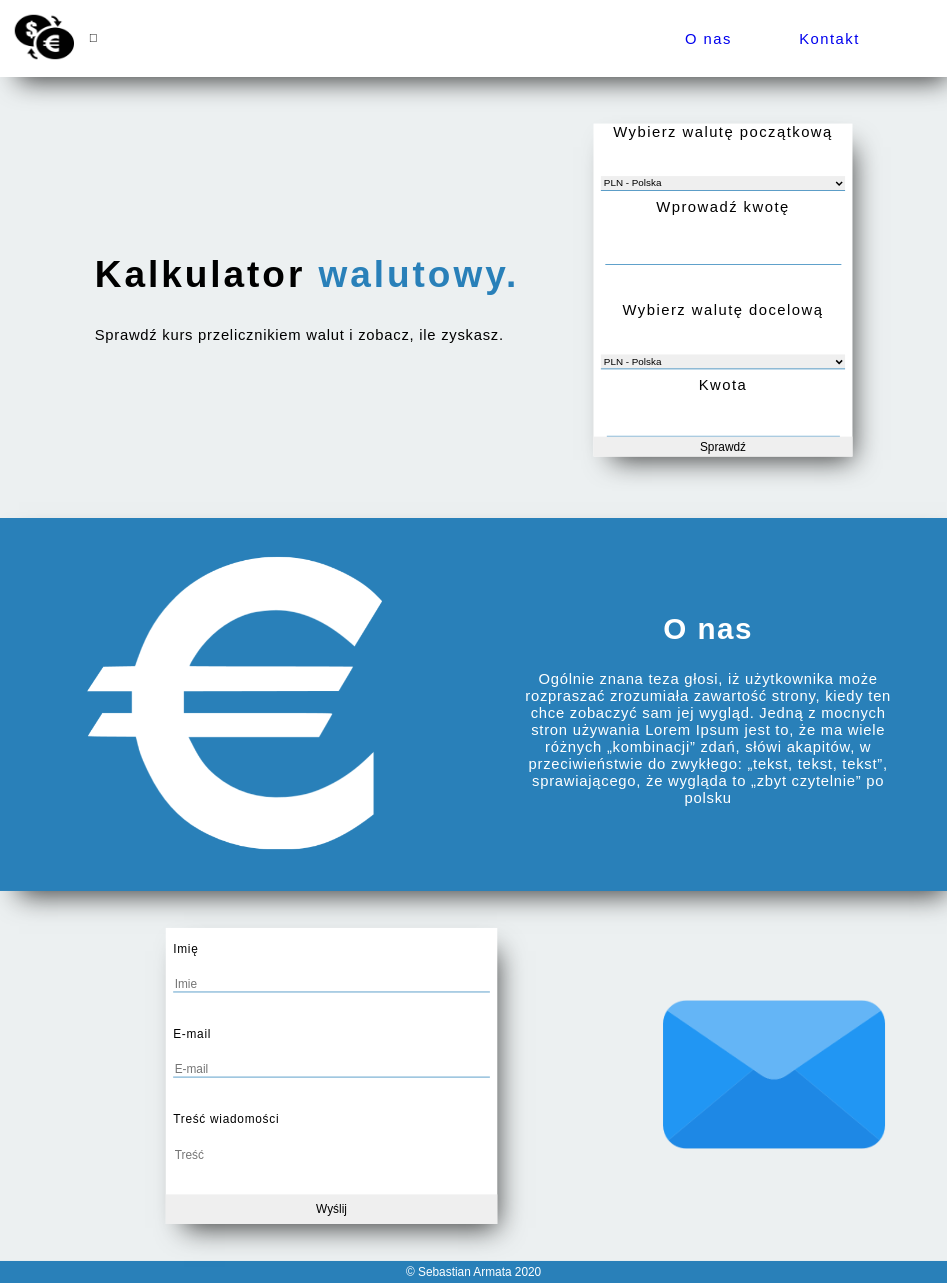
Repository: SebastianArmata22/Kalkulator-walut
Page: index.html
These files come from the project's save history. The page is drawn as it stood at one moment and after the next save; the edit follows.
The browser window is 1280 px wide. The pictures show the whole page, at 74% of full size.
Some web libraries are served in a nearby version.

Above is the page before, as saved 2020-11-21 16:52:33.

### index.html
<!DOCTYPE html>

<html>
    <head>
        <meta charset="utf-8">
        <meta http-equiv="X-UA-Compatible" content="IE=edge">
        <title>Kalkulator walut</title>
        <meta name="description" content="">
        <meta name="viewport" content="width=device-width, initial-scale=1">
        <link rel="stylesheet" href="style.css">
        <link rel="stylesheet" href="https://cdnjs.cloudflare.com/ajax/libs/font-awesome/4.7.0/css/font-awesome.min.css">
        <script src="https://kit.fontawesome.com/1e3e93b5d4.js" crossorigin="anonymous"></script>
    </head>
    <body>

    <div class="container">
        <nav>
        <div class="menu-container">
            <div class="logo">
                <a href="#"><img src="./photos/logo.png"></a>
            </div>
            <i  class="fas fa-bars hamburger " onclick="showMenu()"></i>
            <div class="menu" id="menu">
                <ul>
                    <li id="qw" class="list"><a href="#about-us">O nas</a></li>
                    <li class="list"><a href="#contact">Kontakt</a></li>
                </ul>
            </div>
        </div>
        </nav>
        <section>
        <div class="main-content">
            <div class="calculator-content">
            <div class="text">
                <h1>Kalkulator <span>walutowy.</span></h1>
                <p>Sprawdź kurs przelicznikiem walut i zobacz, ile zyskasz.</p>
            </div>
            <div class="calculator ">
                <label for="inputNumber" class="text-label">Wybierz walutę początkową</label><br>
                <select name="list-currency" id="initialCurrency" class="list-currency">
                    <option value="PLN">PLN - Polska </option>
                    <option value="EUR">EUR - Unia Europejska</option>
                    <option value="GBP">GBP - W. Brytania</option>
                    <option value="CHF">CHF - Szwajcaria</option>
                    <option value="CZK">CZK - Czechy</option>
                  </select>
                <label for="inputNumber" class="text-label">Wprowadź kwotę</label><br>
                <input type="text" id="inputNumber">
                <label for="inputNumber" class="text-label">Wybierz walutę docelową</label><br>
                <select name="list-currency" id="targetCurrency" class="list-currency">
                    <option value="PLN">PLN - Polska </option>
                    <option value="EUR">EUR - Unia Europejska</option>
                    <option value="GBP">GBP - W. Brytania</option>
                    <option value="CHF">CHF - Szwajcaria</option>
                    <option value="CZK">CZK - Czechy</option>
                  </select>
                <label for="outputNumber" class="text-label"> Kwota</label><br>
                <div id="outputNumber"></div>
                <button id="check" onclick="getData()">Sprawdź</button>
            </div>
        </div>
        <div class="about-us" id="about-us">
            <div class="photo-euro">
                <img src="./photos/euro-512.png">
            </div>
            <div class="abous-us-contact">
                <h1>O  nas</h1>
                <p>Ogólnie  znana  teza  głosi,  iż  użytkownika  może  rozpraszać  zrozumiała
                    zawartość  strony, kiedy ten chce zobaczyć sam jej wygląd.
                    Jedną z mocnych stron używania Lorem Ipsum jest to, że ma wiele różnych
                     „kombinacji” zdań, słówi akapitów, w przeciwieństwie do zwykłego: „tekst,
                        tekst,   tekst”,   sprawiającego,   że   wygląda   to   „zbyt   czytelnie”
                           po   polsku</p>
            </div>
        </div>
        </section>
        <div class="contact" id="contact">
            <div class="contact-form-container">
            <form class="contact-form" action="https://formspree.io/f/xqkgbkbb" method="POST">
                <label for="">Imię</label><br />
                <input class="name" type="text" placeholder="Imie" name="name"><br />
                <label for="">E-mail</label><br />
                <input class="email" type="email" placeholder="E-mail" name="_replyto"><br />
                <label for="">Treść wiadomości</label><br />
                <textarea class="text-area" name="message" placeholder="Treść"></textarea>
                <button class="">Wyślij</button>

            </form>
        </div>
            <div class="contact-img">
                <img src="./photos/email.png">
            </div>
        </div>
    </div>
    <footer>
        <div class="footer">
            <p>© Sebastian Armata 2020</p>
        </div>
    </footer>
    </div>
        <script src="script.js" ></script>
    </body>
</html>

### style.css
* {
    font-family: 'Robot', sans-serif !important;
}

h1 {
    font-weight: 800;
    font-size: 40px;
}

body{
    margin: 0;
    padding: 0;
    box-sizing: border-box;
}
.container{
    width: 100%;
}
.menu-container{
    position: relative;
    display: flex;
    align-items: center;
    box-shadow: 12px 18px 35px -13px rgba(0,0,0,0.75);
}
.logo img{
    position: relative;
    top: 0;
    left: 0;
    height: 60px;
    width: 80px;
    padding: 20px;
}
.menu{

    position: absolute;
    right: 0;
   margin-right: 50px;
}
.menu ul li{
    display: inline-flex;
    justify-content: space-around;
}

.menu ul li a{
    display: flex;
    text-decoration: none;
    height: 50px;
    width: 100px;
    align-items: center;
    font-size: 20px;
    letter-spacing: 2px;
    margin-right: 50px;
}

.menu ul li a:hover{
    border-bottom: 5px solid #2980b9;
    margin-bottom: -5px;
    transition: all 0.3s ease-out;

}
.hamburger{
    display: none;
}
.main-content{
    display: flex;
    align-items: center;
    justify-content: center;
    flex-wrap: wrap;
    background-color:#ecf0f1 ;
}
.calculator-content{
    width: 80%;
    min-height: 80vh;
    display: flex;
    align-items: center;
    justify-content:space-between;
}
.calculator{
    display: flex;
    flex-direction: column;
    box-shadow: 12px 18px 35px -13px rgba(0,0,0,0.75);
    height: 450px;
    width: 350px;
    text-align: center;
    background-color: white;
}
.text h1{
    font-size: 50px;
    letter-spacing: 4px;
    flex-wrap: wrap;
}
.text p{
    font-size: 20px;
    letter-spacing: 1px;
    flex-wrap: wrap;


}
#outputNumber{
    width: 90%;
    height: 30px;
    border-bottom: 1px solid #2980b9;
    margin: auto;
    margin-top: 0;

}
.calculator button{
    height: 40px;
    border-style: none;
    font-size: 16px;
}
.calculator button:hover{
    background-color: #2980b9;
    color: white;
    transition: all 0.3s ease-out;
    cursor: pointer ;
}
.calculator input[type=text]{
    border-style: none;
    height: 40px;
    border-bottom: 1px solid #2980b9;
    width: 90%;
    margin: auto;
    margin-top: 0px;
    margin-bottom: 50px;
}
.text-label{
    margin-bottom: 20px;
    font-size: 20px;
    letter-spacing: 2px;
}
.list-currency{
    margin-bottom: 20px;
    margin: 10px;
    border-style: none;
    border-bottom: 1px solid  #2980b9;
    height: 30px;
}

.text span{
    color: #2980b9;
}
.about-us{
    display: flex;
    justify-content: space-around;
    align-items: center;
    margin-top: 20px;
    text-align: center;
    background-color: #2980b9;
    box-shadow: 12px 18px 35px -13px rgba(0,0,0,0.75);
    flex-wrap: wrap;
}
.about-us img{
    height: 400px;
}
.abous-us-contact{
    width: 40%;
}
.abous-us-contact h1{
    letter-spacing: 2px;
    font-size: 40px;
    color: white;
}
.abous-us-contact p{
    font-size: 20px;
    letter-spacing: 1px;
    color: white;

}
.photo-euro{
    padding: 50px;
}
.contact{
    display: flex;
    align-items: center;
    padding: 50px 0 50px 0;
    background-color:#ecf0f1 ;

}
.contact-form{
    display: flex;
    flex-direction: column;
    box-shadow: 12px 18px 35px -13px rgba(0,0,0,0.75);
    width: 50%;
    height: 400px;
    position: relative;
    text-align: left;
    letter-spacing: 1px;
    background-color: white;

}
.contact-form input {
    margin: 10px;
    border-style: none;
    border-bottom: 1px solid #2980b9;
    font-size: 16px;

}
.contact-form textarea
{
    margin: 10px;
    height: 100px;
    border-style: none;
    border-bottom: 1px solid #2980b9;
    font-size: 16px;
    resize: none;
}
.contact-form label {
    margin: 20px 0 0 10px;
}
.contact-form button{
position: absolute;
bottom: 0;
width: 100%;
height: 40px;
border-style: none;
font-size: 16px;
}
.contact-form button:hover{
    background-color: #2980b9;
    color: white;
    transition: all 0.3s ease-out;
    cursor: pointer ;
}

.contact-form-container{
    width: 70%;
    display: flex;
    align-items: center;
    justify-content: center;
}
.contact-img img{
max-width: 300px;

}
.footer{
    display: flex;
    align-items: center;
    justify-content: center;
    background-color: #2980b9;
    color: white;
    height: 30px;
}

.btn{
     color: white;
     background-color: #2980b9 !important;
}

@media only screen and (max-width: 800px){

.menu-container{
        height: 70px;
        justify-content: flex-end;
    }
.logo{
        position: absolute;
        left: 1px;
    }
.calculator-content{
    width: 100%;
    align-items: center;
    justify-content: center;
    flex-wrap: wrap;
}
.text{
    text-align: center;

}
.text h1{
   font-size: 25px;
}
.text p{
    font-size: 16px;
 }
.about-us{
    flex-direction: column;
}
.abous-us-contact{
    width: 90%;
}
.contact-img{

 display: none;
}
.photo-euro img{
    width: 100px;
    height: 100px;

}
.photo-euro{
    padding: 10px;
}
.contact{
    flex-wrap: wrap;
}
.contact-form-container{
    width: 100%;
    flex-direction: column-reverse;
}
.contact-form{
    width: 90%;
}
.menu {
    display: none;
}
.hamburger{
    display: flex;
    justify-content: flex-end;
    margin-right: 20px;
}
.hamburger:hover{
   cursor: pointer;
}
}

.responsive{
    display: block;
}

### script.js
const inputCash= document.getElementById('inputNumber');
const outputCash=document.getElementById('outputNumber');
const initialCurrency=document.getElementById('initialCurrency');
const targetCurrency=document.getElementById('targetCurrency');

let choice;
const euro=4.62;
const dolar=3.93;
const frank=4.31;
choice='euro';

let getStartupCurrency=()=>{
    return `https://api.exchangeratesapi.io/latest?base=${initialCurrency.options[initialCurrency.selectedIndex].value}`;
}
function getData(){
    fetch(getStartupCurrency())
    .then(response => response.json())
    .then(response => {
        let currency=targetCurrency.options[targetCurrency.selectedIndex].value;
        let money;
        if(currency=='PLN')
            money=inputCash.value* response.rates.PLN;
        else if(currency=='EUR')
            money=inputCash.value* response.rates.EUR;
        else if(currency=='GBP')
            money=inputCash.value* response.rates.GBP;
        else if(currency=='CHF')
            money=inputCash.value* response.rates.CHF;
        else if(currency=='CZK')
            money=inputCash.value* response.rates.CZK;
        if(targetCurrency.options[targetCurrency.selectedIndex].value!=initialCurrency.options[initialCurrency.selectedIndex].value)
        outputCash.innerHTML=Math.round(money*100)/100;
        else
        outputCash.innerHTML=inputCash.value;
    })
}

function showMenu()
{
const menu=document.getElementsByClassName("list");
}

After the next save:
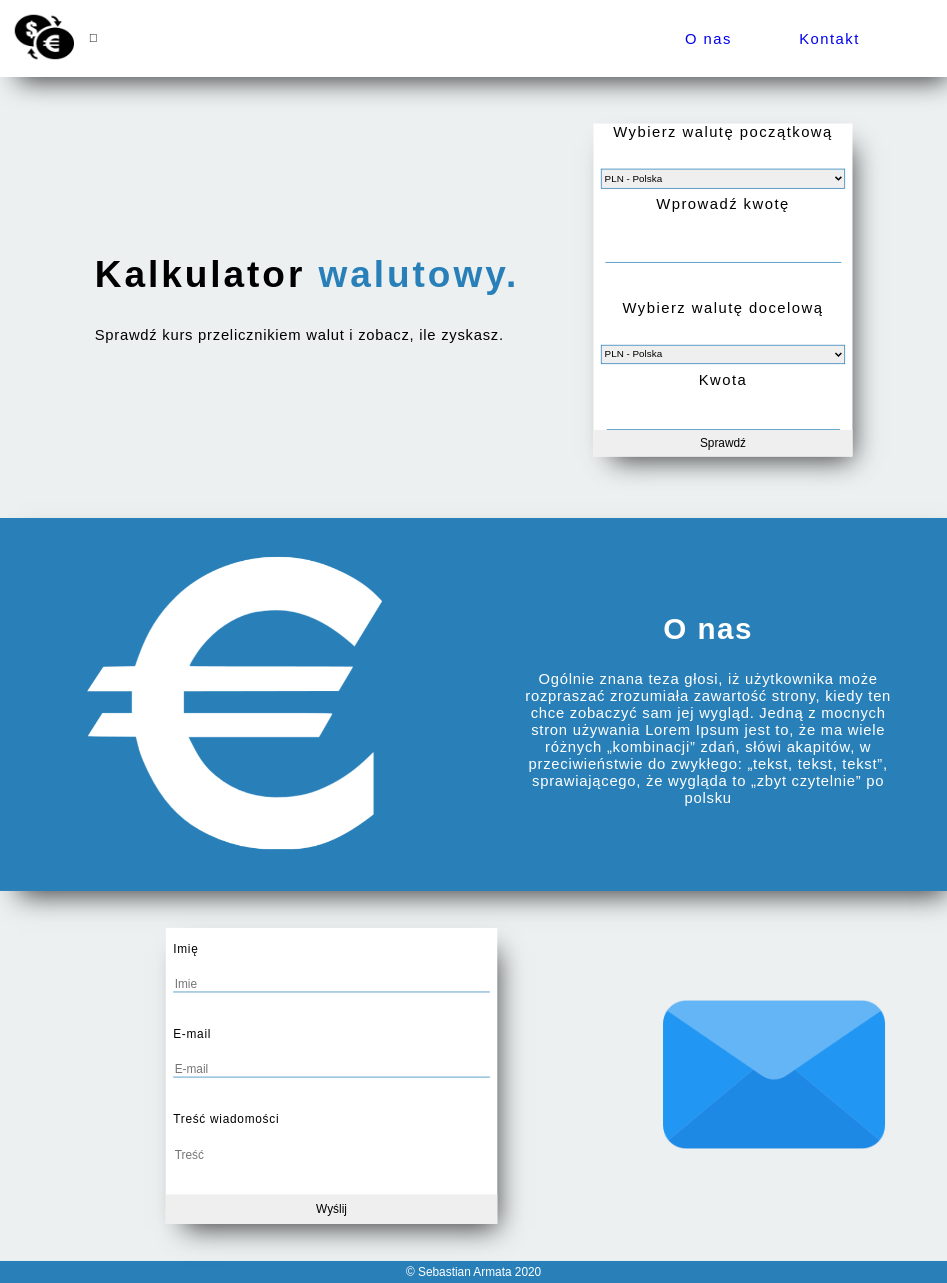
Saved 37 s later.
--- a/style.css
+++ b/style.css
@@ -124,15 +124,14 @@ body{
     margin-bottom: 50px;
 }
 .text-label{
-    margin-bottom: 20px;
+    margin-bottom: 10px;
     font-size: 20px;
     letter-spacing: 2px;
 }
 .list-currency{
     margin-bottom: 20px;
     margin: 10px;
-    border-style: none;
-    border-bottom: 1px solid  #2980b9;
+    border: 1px solid  #2980b9;
     height: 30px;
 }
 
